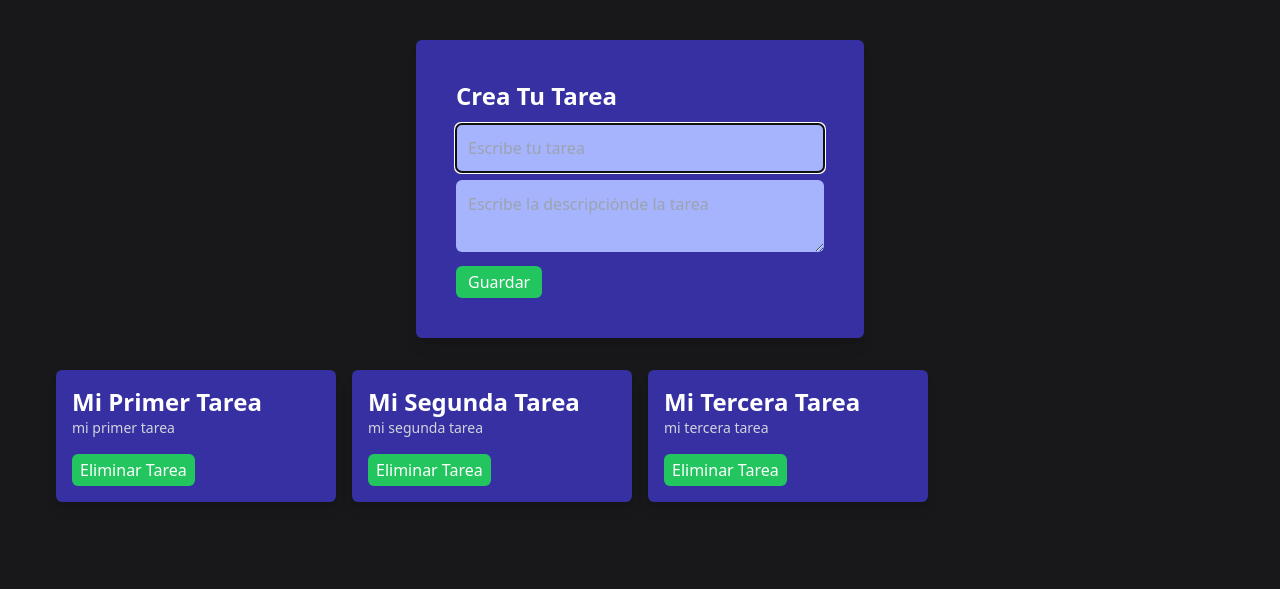
Repository: Ciromontes/AgendaTuTarea
Page: /
An editor plug-in stored every save of this project. The page is shown before and after the next save, followed by the edit.
The browser window is 1280 px wide. The pictures show the whole page.
The project was rebuilt for these pictures with package versions that can differ from the ones it lists, and the page was loaded fresh each time. Also part of the build but not shown: vite.config.js.

Above is the page before, as saved 2023-09-19 10:08:57.

After the next save:
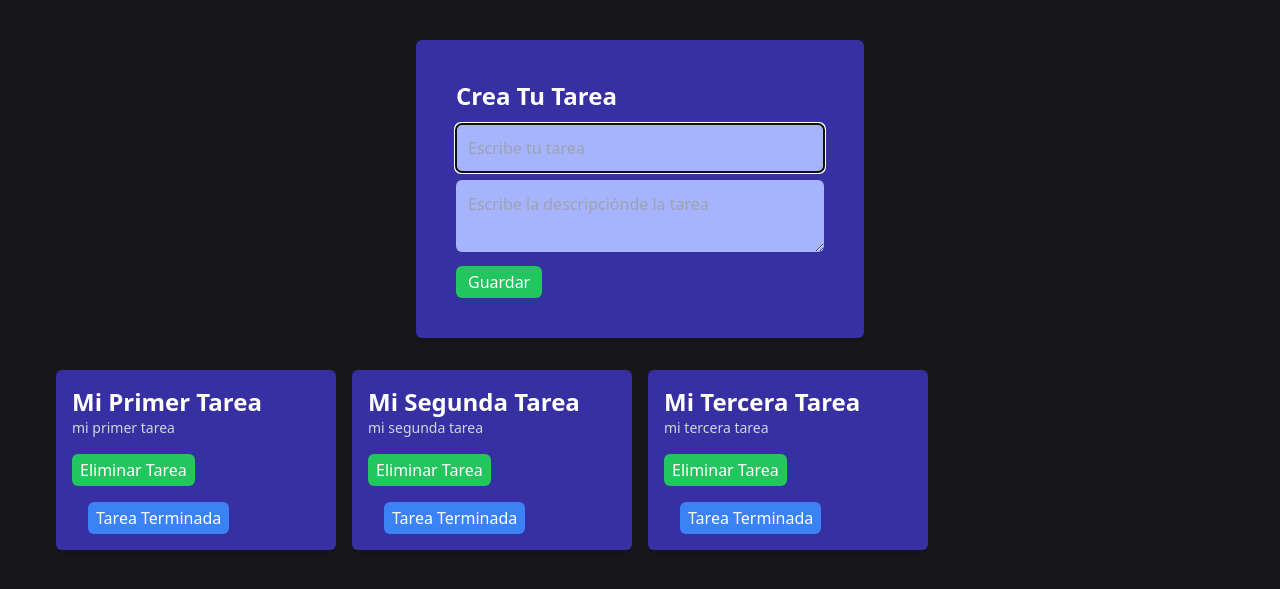
Saved 13 s later.
--- a/src/components/TaskCard.jsx
+++ b/src/components/TaskCard.jsx
@@ -2,9 +2,10 @@ import { useContext } from 'react';
 import { TaskContext } from '../context/TaskContext';
 
 function TaskCard({ task }) {
-    const { deleteTask } = useContext(TaskContext);
+    const { deleteTask, completeTask } = useContext(TaskContext);  // Agrega completeTask aquí
+
     return (
-        <div className='bg-indigo-800 text-white p-4 rounded-md shadow-lg transition duration-500 ease-in-out transform hover:-translate-y-1 hover:scale-110'>
+        <div className={`bg-indigo-800 text-white p-4 rounded-md shadow-lg transition duration-500 ease-in-out transform hover:-translate-y-1 hover:scale-110 ${task.completed ? 'opacity-50' : ''}`}>
             <h1 className='text-2xl font-bold capitalize'>{task.title}</h1>
             <p className='text-gray-300 text-sm'>{task.description}</p>
             <button
@@ -12,6 +13,11 @@ function TaskCard({ task }) {
             onClick={() => deleteTask(task.id)}>
                 Eliminar Tarea
             </button>
+            <button
+            className='bg-blue-500 px-2 py-1 rounded-md mt-4 ml-4 hover:bg-red-400 transition duration-500 ease-in-out transform hover:-translate-y-1 hover:scale-110'
+            onClick={() => completeTask(task.id)}>
+                Tarea Terminada
+            </button>
         </div>
     );
 }
